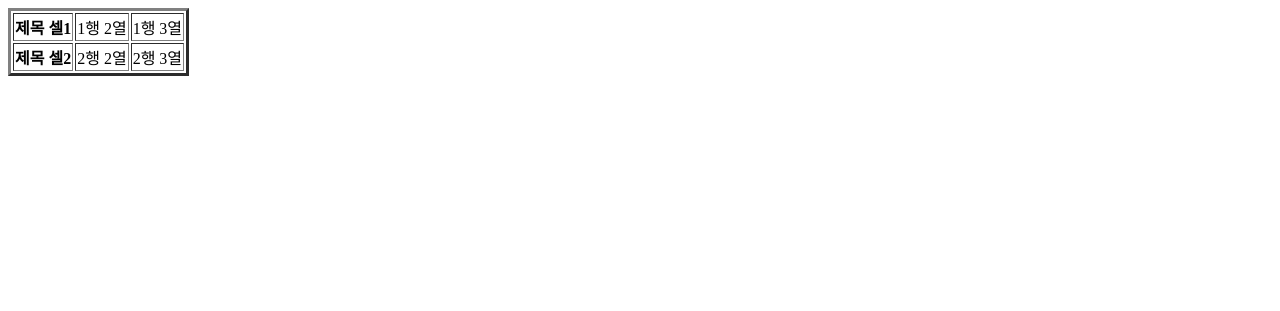
Repository: seulhwangbo/SeulJSP
Page: jspSrc17/webStandard01/src/main/webapp/02/table01.html
An editor plug-in stored every save of this project. The page is shown before and after the next save, followed by the edit.
The browser window is 1280 px wide. The pictures show the whole page.

Above is the page before, as saved 2024-06-13 05:42:18.

After the next save:
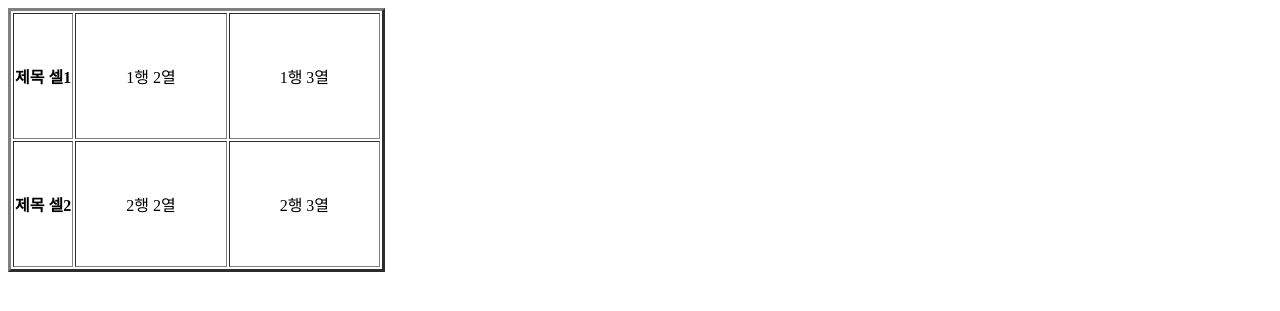
Saved 2 min 47 s later.
--- a/jspSrc17/webStandard01/src/main/webapp/02/table01.html
+++ b/jspSrc17/webStandard01/src/main/webapp/02/table01.html
@@ -3,6 +3,11 @@
 <head>
 <meta charset="UTF-8">
 <title>Insert title here</title>
+<style type="text/css">
+	td {
+		padding: 50px;
+	}
+</style>
 </head>
 <body>
 	<!--
